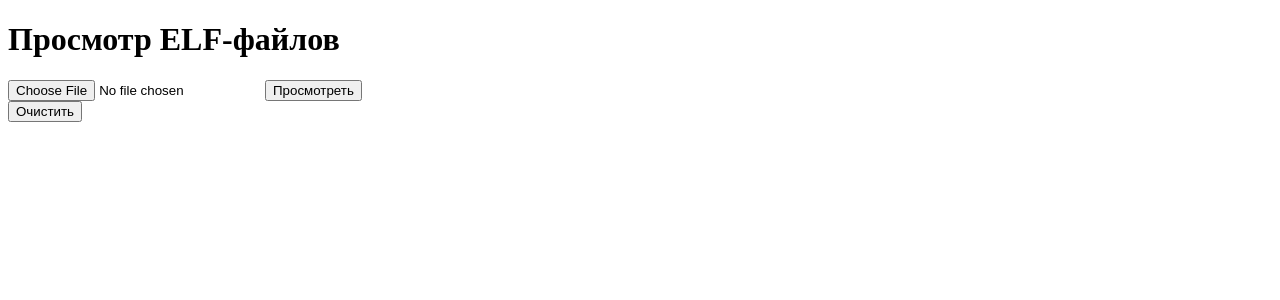
Repository: Predkor/OC
Page: index.html
The author's editor kept a copy of each file at every save. The page is drawn from the files as they stood at one save, then again after the next save.
The browser window is 1280 px wide. The pictures show the whole page.

Above is the page before, as saved 2024-09-23 16:43:54.

After the next save:
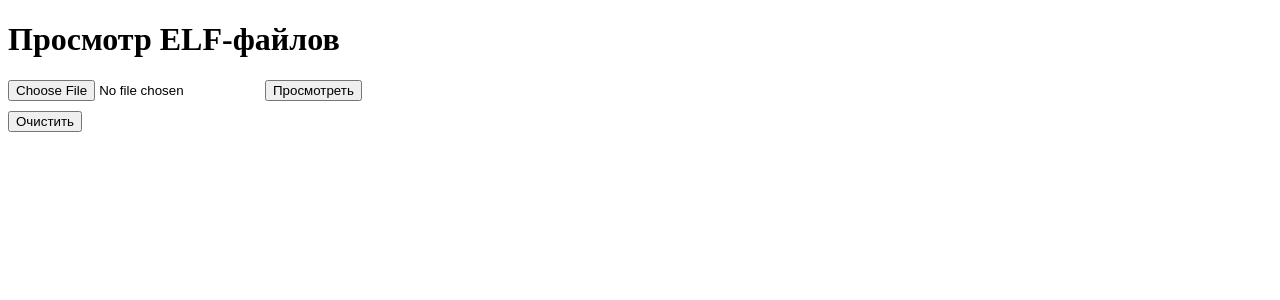
Saved 21 s later.
--- a/index.html
+++ b/index.html
@@ -18,10 +18,10 @@
         <button id="btn-clear">Очистить</button>
     </div>
 
-
-
     <style>
-
+        #btn-clear {
+            margin-top: 10px;
+        }
     </style>
 
     <script>
